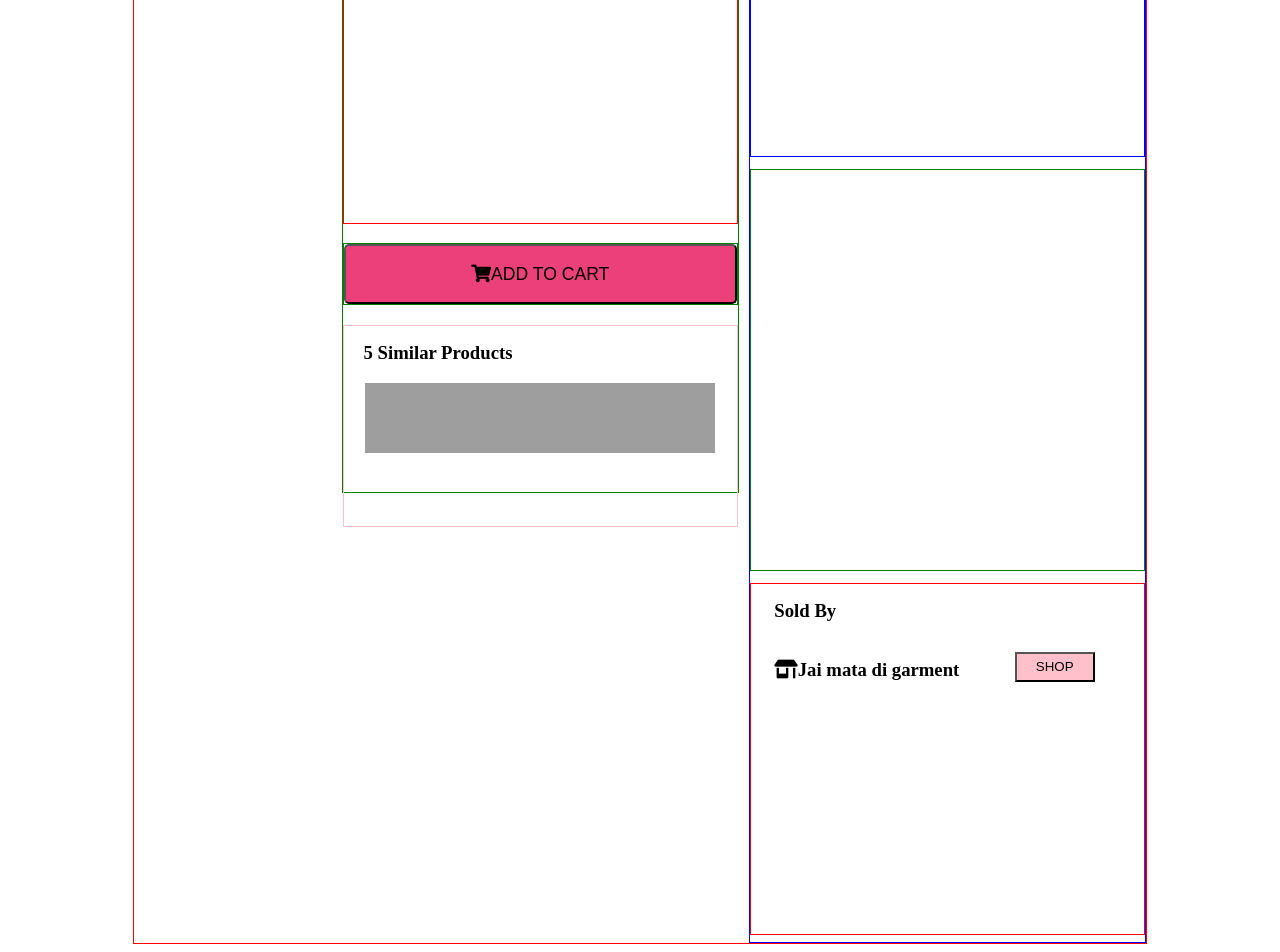
Repository: deepakxxxx/meesho
Page: catelog.html
An editor plug-in stored every save of this project. The page is shown before and after the next save, followed by the edit.
The browser window is 1280 px wide. The pictures show the part of the page from y = 419 to 1371 px (the page is 1371 px tall).
Pictures or frames that could not be fetched are drawn as grey boxes. A picture or video elsewhere on the page could not be fetched, so the positions and the page height are approximate.

Above is the page before, as saved 2021-11-06 17:46:11.

After the next save:
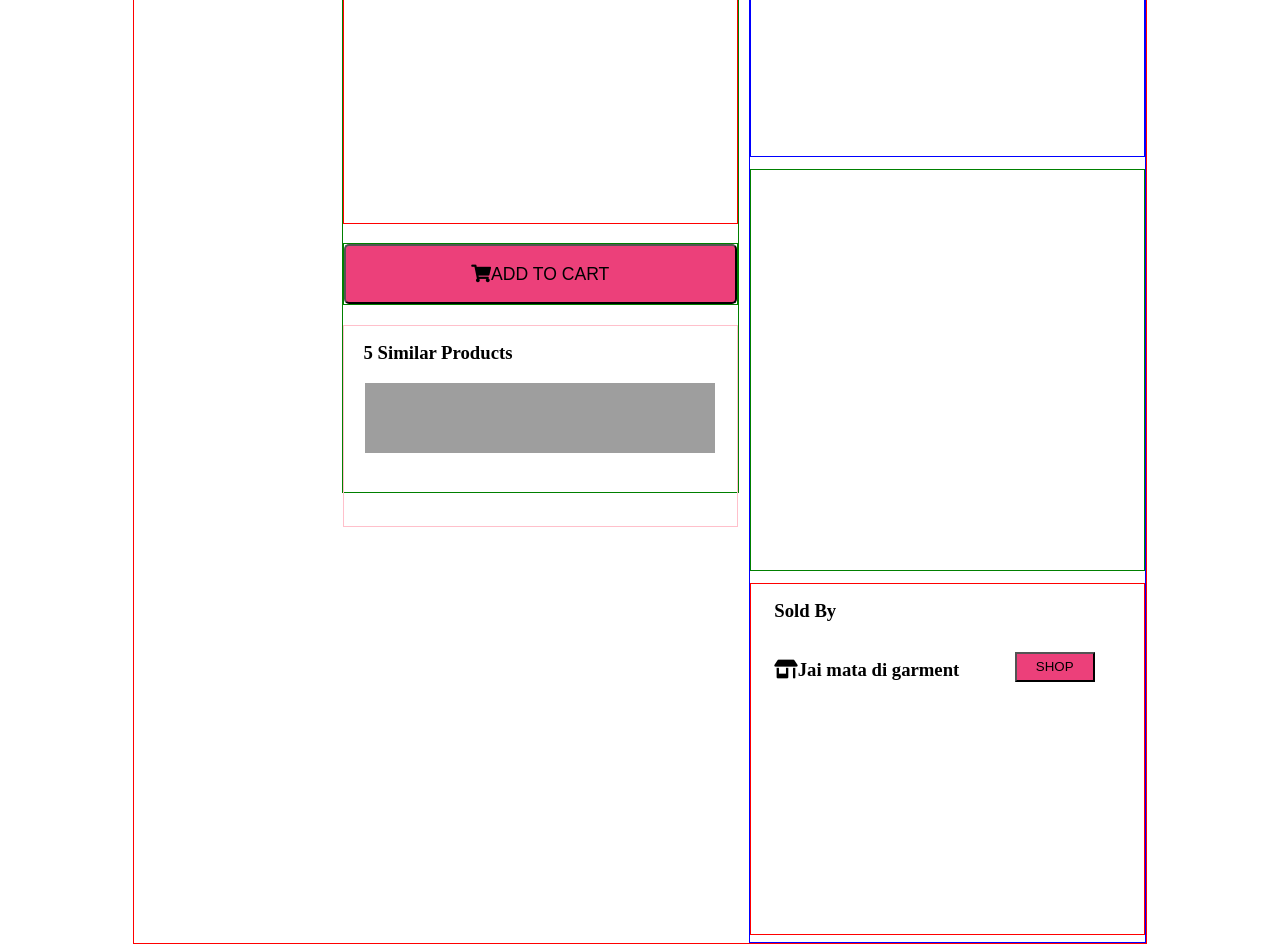
Saved 20 s later.
--- a/catelog.html
+++ b/catelog.html
@@ -225,7 +225,7 @@
         width: 80px;
         height: 30px;
         margin-top: 3%;
-        background-color: pink;
+        background-color: #EC407A;
     }
 </style>
 <body>
